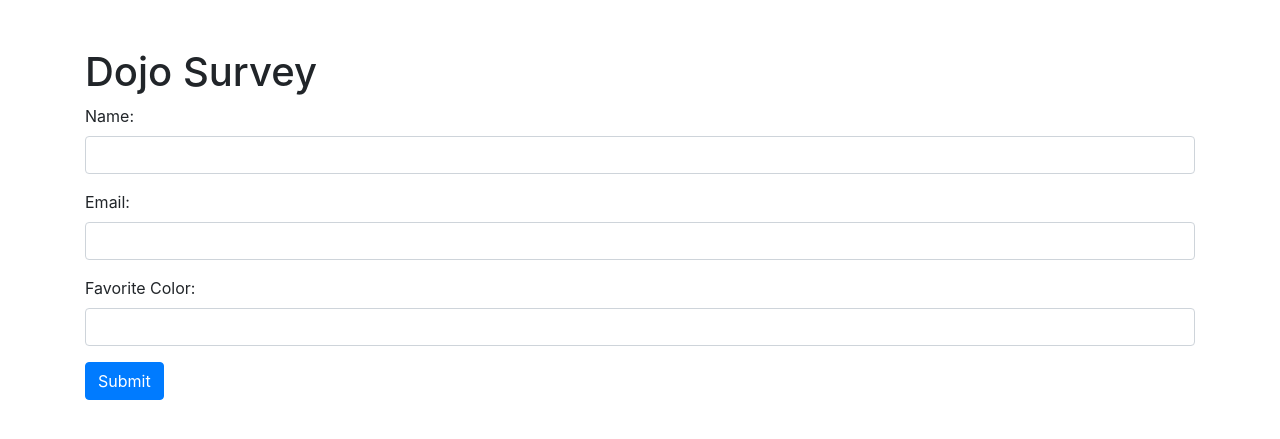
Repository: TurkiOussema54/Bootcamp-PYTHON
Page: http://localhost/
The author's editor kept a copy of each file at every save. The page is drawn from the files as they stood at one save, then again after the next save.
The browser window is 1280 px wide. The pictures show the whole page.
The page is served by the project's application, run on Flask 3 (app.py).

Above is the page before, as saved 2023-10-03 17:08:29.

After the next save:
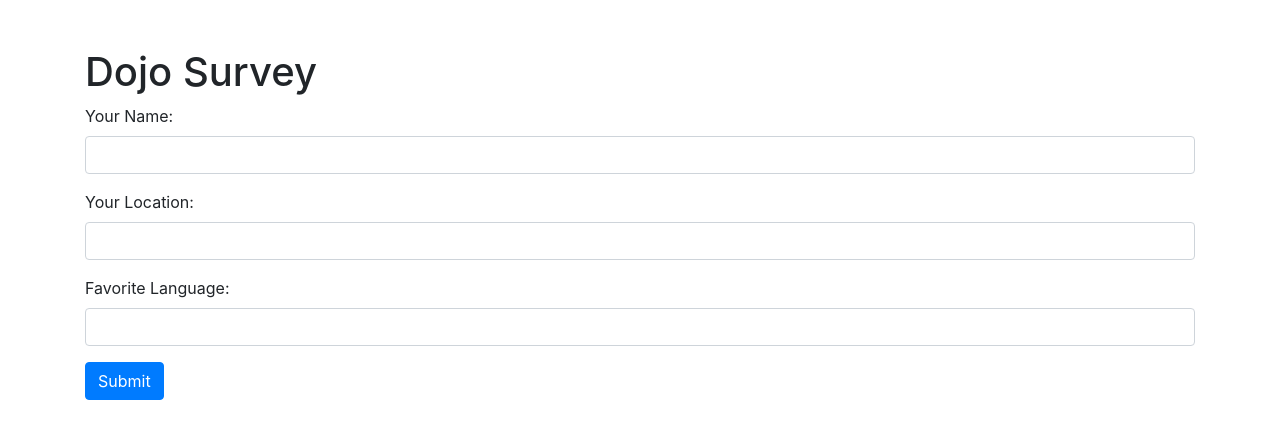
Saved 6 min 44 s later.
--- a/Dojo_Survey/templates/index.html
+++ b/Dojo_Survey/templates/index.html
@@ -10,17 +10,17 @@
         <h1 class="mt-5">Dojo Survey</h1>
         <form method="POST" action="/process">
             <div class="form-group">
-                <label for="name">Name:</label>
+                <label for="name">Your Name:</label>
                 <input type="text" class="form-control" name="name" required>
             </div>
 
             <div class="form-group">
-                <label for="email">Email:</label>
+                <label for="email">Your Location:</label>
                 <input type="email" class="form-control" name="email" required>
             </div>
 
             <div class="form-group">
-                <label for="favorite_color">Favorite Color:</label>
+                <label for="favorite_color">Favorite Language:</label>
                 <input type="text" class="form-control" name="favorite_color" required>
             </div>
 
